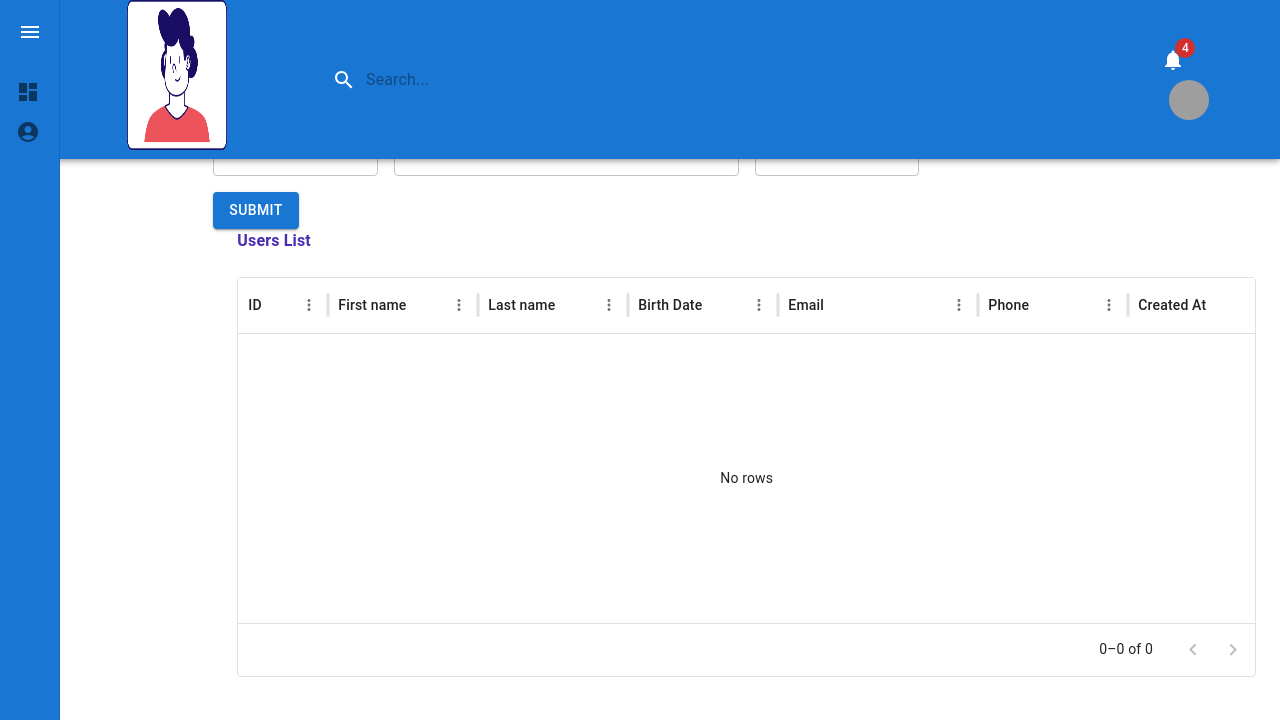
Repository: lenx0/front-client-manager
Page: /
The author's editor kept a copy of each file at every save. The page is drawn from the files as they stood at one save, then again after a run of saves.
The browser window is 1280 px wide. The pictures show the whole page.
Pictures or frames that could not be fetched are drawn as grey boxes. The page's requests for data from a server got no answer. The project was rebuilt for these pictures with package versions that can differ from the ones it lists, and the page was loaded fresh each time. No one was signed in, and anything a server would have sent is missing. Also part of the build but not shown: vite.config.js, src/App.css.

Above is the page before, as saved 2024-06-25 13:10:00.

After the next 2 saves:
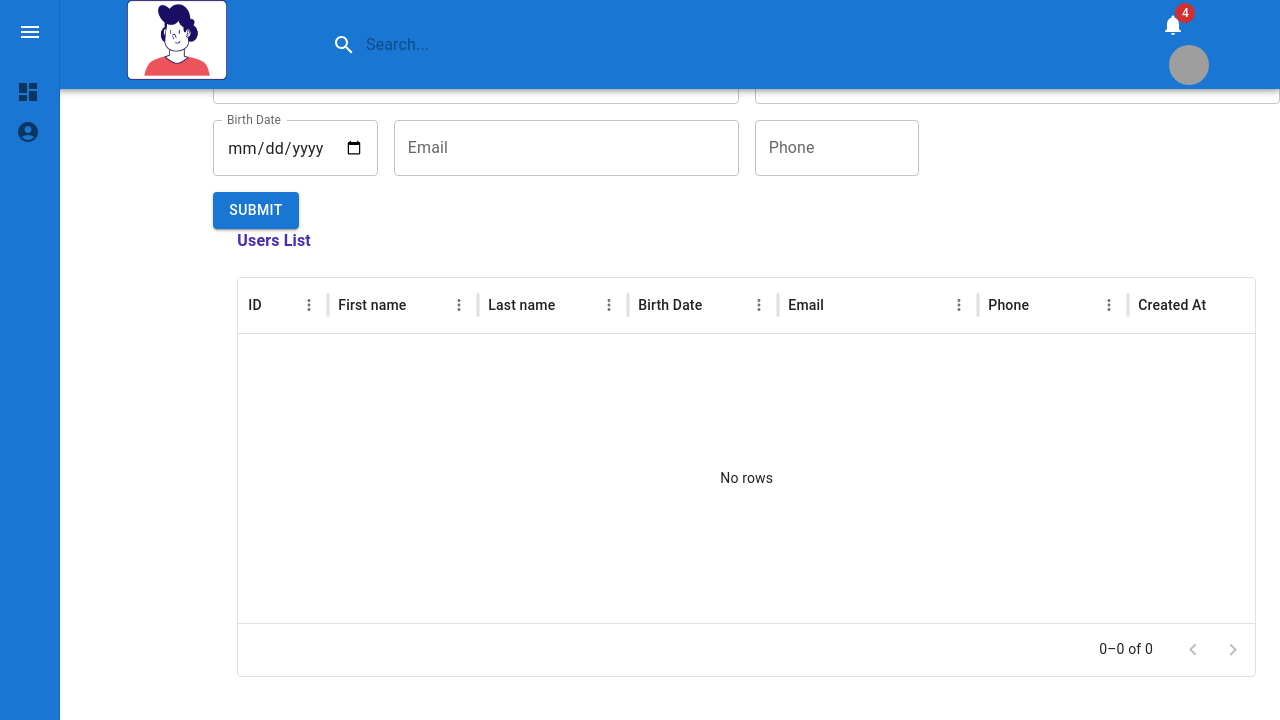
The 2 saves are shown as one change because they came seconds apart.
The last was saved 7 s later.
--- a/src/components/Layout/Header.jsx
+++ b/src/components/Layout/Header.jsx
@@ -19,7 +19,7 @@ const Header = () => {
           </Grid>
           <Grid item xs={2}>
             <Typography variant="h6" noWrap>
-              <img width={100} height={150} src="/images/bendy-call-user-window.png"/>
+              <img width={100} height={80} src="/images/bendy-call-user-window.png"/>
             </Typography>
           </Grid>
           <Grid item xs={8}>
